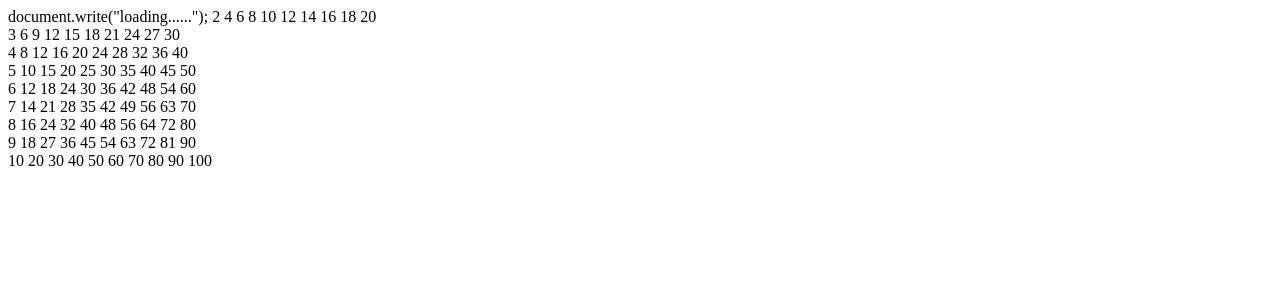
Repository: poornimakole/PRJS
Page: JS/JSDemo/WebContent/xyz.html
These files come from the project's save history. The page is drawn as it stood at one moment and after the next save; the edit follows.
The browser window is 1280 px wide. The pictures show the whole page.
Some web libraries are served in a nearby version.

Above is the page before, as saved 2017-11-18 08:54:34.

### JS/JSDemo/WebContent/xyz.html
<!DOCTYPE html>
<html>
<head>
<meta charset="ISO-8859-1">
<title>Insert title here</title>
<script src="https://ajax.googleapis.com/ajax/libs/jquery/2.1.4/jquery.min.js"></script>
</head>
<body>
       document.write("loading......");
   <script>
        $(function(){
        	var worker;

        		worker=new Worker('GenerateTable.js');
                worker.onmessage=function(event)
                {
                    $("body").append(event.data);
                }

        })
   </script>
</body>
</html>

### JS/JSDemo/WebContent/GenerateTable.js
for (var i =2; i <=10; i++) {
  for (var j = 1; j <=10; j++) {
    postMessage(i*j);
    postMessage(" ");
  };
  postMessage("<br>");
}

After the next save:
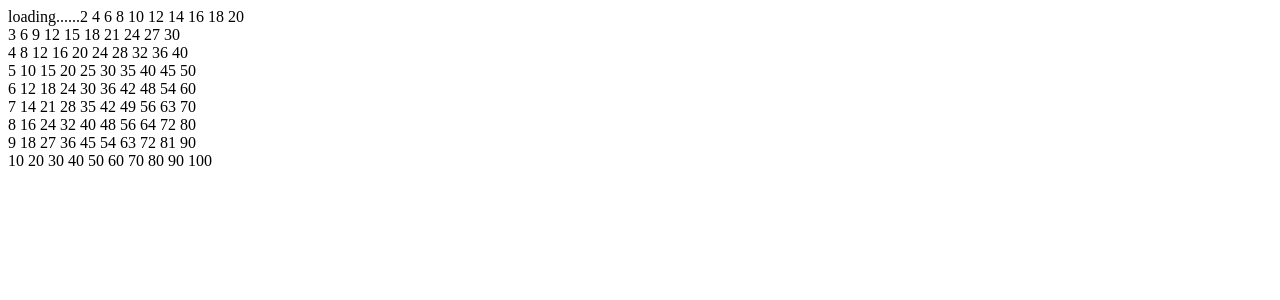
Saved 50 s later.
--- a/JS/JSDemo/WebContent/xyz.html
+++ b/JS/JSDemo/WebContent/xyz.html
@@ -6,11 +6,11 @@
 <script src="https://ajax.googleapis.com/ajax/libs/jquery/2.1.4/jquery.min.js"></script>
 </head>
 <body>
-       document.write("loading......");
+
    <script>
         $(function(){
         	var worker;
-
+        	 document.write("loading......");
         		worker=new Worker('GenerateTable.js');
                 worker.onmessage=function(event)
                 {
